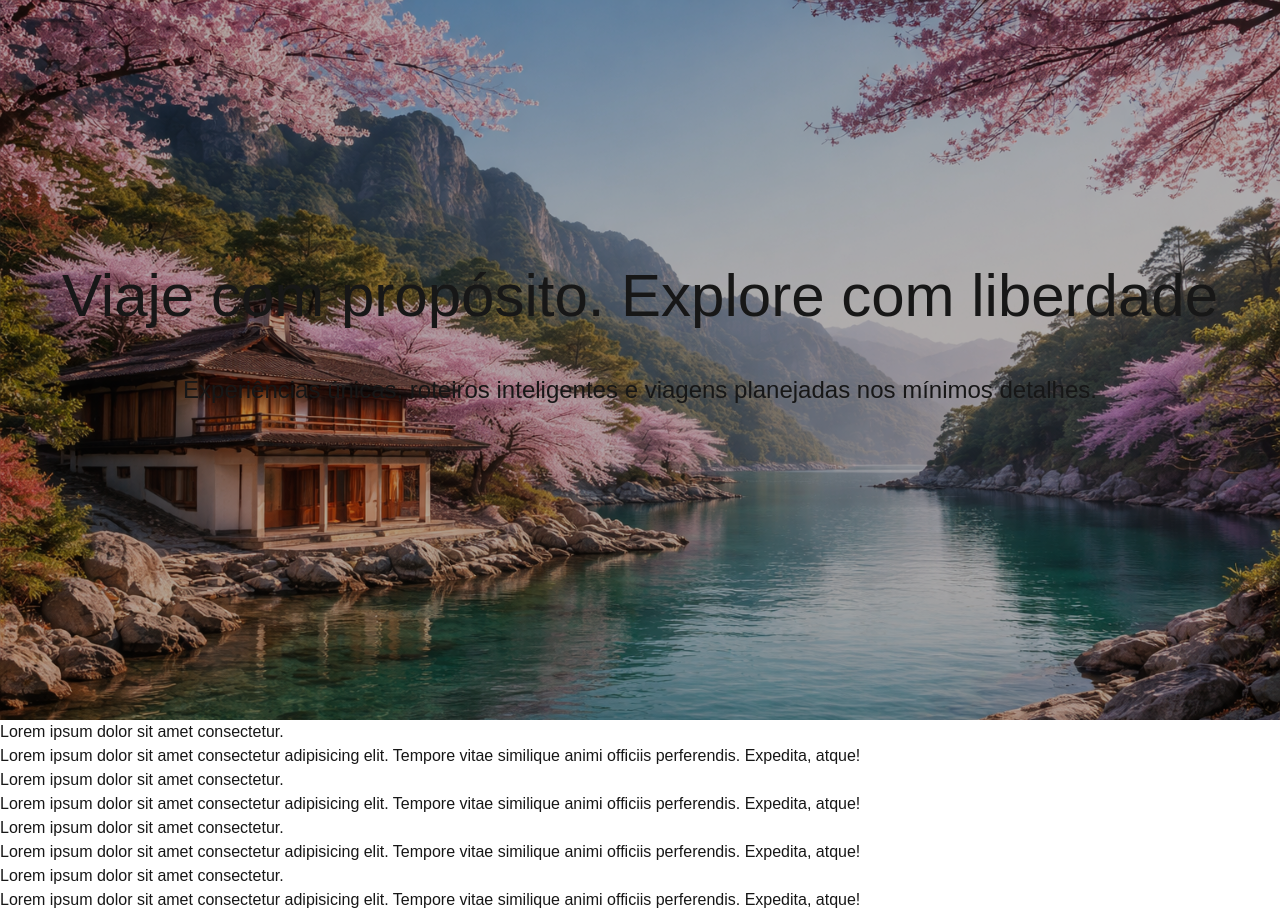
Repository: pedroantoniosi/tripicon-site
Page: /home
The author's editor kept a copy of each file at every save. The page is drawn from the files as they stood at one save, then again after the next save.
The browser window is 1280 px wide. The pictures show the whole page.
The project was rebuilt for these pictures with package versions that can differ from the ones it lists, and the page was loaded fresh each time. The framework's server and built-in components were replaced by stand-ins that run in the browser. Also part of the build but not shown: next.config.ts.

Above is the page before, as saved 2026-03-31 20:08:50.

### src/app/layout.tsx
import type { Metadata } from "next";
import { Geist, Geist_Mono } from "next/font/google";
import "./globals.css";

const geistSans = Geist({
  variable: "--font-geist-sans",
  subsets: ["latin"],
});

const geistMono = Geist_Mono({
  variable: "--font-geist-mono",
  subsets: ["latin"],
});

export const metadata: Metadata = {
  title: "Create Next App",
  description: "Generated by create next app",
};

export default function RootLayout({
  children,
}: Readonly<{
  children: React.ReactNode;
}>) {
  return (
    <html
      lang="en"
      className={`${geistSans.variable} ${geistMono.variable} h-full antialiased`}
    >
      <body className="min-h-full flex flex-col">{children}</body>
    </html>
  );
}

### src/app/home/page.tsx
import styles from "./page.module.css";

export default function Home() {
  return (
    <>
      <div className={styles.heroContainer}>
        <div className={`${styles.heroCaption} col gap-2`}>
          <h1 className="text-6xl text-center">
            {" "}
            Viaje com propósito. Explore com liberdade
          </h1>
          <p className="text-2xl text-center m-[3rem]">
            Experiências únicas, roteiros inteligentes e viagens planejadas nos
            mínimos detalhes.
          </p>
        </div>
      </div>
      <div>
        <div className="card">
          <img src="" alt="" />
          <div className="caption">
            <h2>Lorem ipsum dolor sit amet consectetur.</h2>
            <p>
              Lorem ipsum dolor sit amet consectetur adipisicing elit. Tempore
              vitae similique animi officiis perferendis. Expedita, atque!
            </p>
          </div>
        </div>
        <div className="card">
          <img src="" alt="" />
          <div className="caption">
            <h2>Lorem ipsum dolor sit amet consectetur.</h2>
            <p>
              Lorem ipsum dolor sit amet consectetur adipisicing elit. Tempore
              vitae similique animi officiis perferendis. Expedita, atque!
            </p>
          </div>
        </div>
        <div className="card">
          <img src="" alt="" />
          <div className="caption">
            <h2>Lorem ipsum dolor sit amet consectetur.</h2>
            <p>
              Lorem ipsum dolor sit amet consectetur adipisicing elit. Tempore
              vitae similique animi officiis perferendis. Expedita, atque!
            </p>
          </div>
        </div>
        <div className="card">
          <img src="" alt="" />
          <div className="caption">
            <h2>Lorem ipsum dolor sit amet consectetur.</h2>
            <p>
              Lorem ipsum dolor sit amet consectetur adipisicing elit. Tempore
              vitae similique animi officiis perferendis. Expedita, atque!
            </p>
          </div>
        </div>
      </div>
    </>
  );
}

### src/app/globals.css
@import "tailwindcss";
@tailwind base;
@tailwind components;
@tailwind utilities;

:root {
  --background: #ffffff;
  --foreground: #171717;
}

@media (prefers-color-scheme: dark) {
  :root {
    --background: #0a0a0a;
    --foreground: #ededed;
  }
}

body {
  background: var(--background);
  color: var(--foreground);
  font-family: Arial, Helvetica, sans-serif;
}

### src/app/home/page.module.css
.heroContainer {
    padding: 1rem;
    position: relative;
    display: grid;
    place-items: center;
    z-index: 1;
    min-height: 50svh;

    &::after {
        content: ' ';
        position: absolute;
        width: 100%;
        height: 100%;
        left: 0;
        bottom: 0;
        background-image: url('/images/banner.png');
        background-size: cover;
        z-index: -1;
        filter: brightness(70%);
    }

    & .heroTitle {
        max-width: 1024px;
        text-align: center;
    }
}


@media (min-width: 1024px) {
    .heroContainer {
        padding: 2rem;
        min-height: 100vh;
    }

    .heroContainer .heroTitle {
        max-width: 1200px;
    }
}

After the next save:
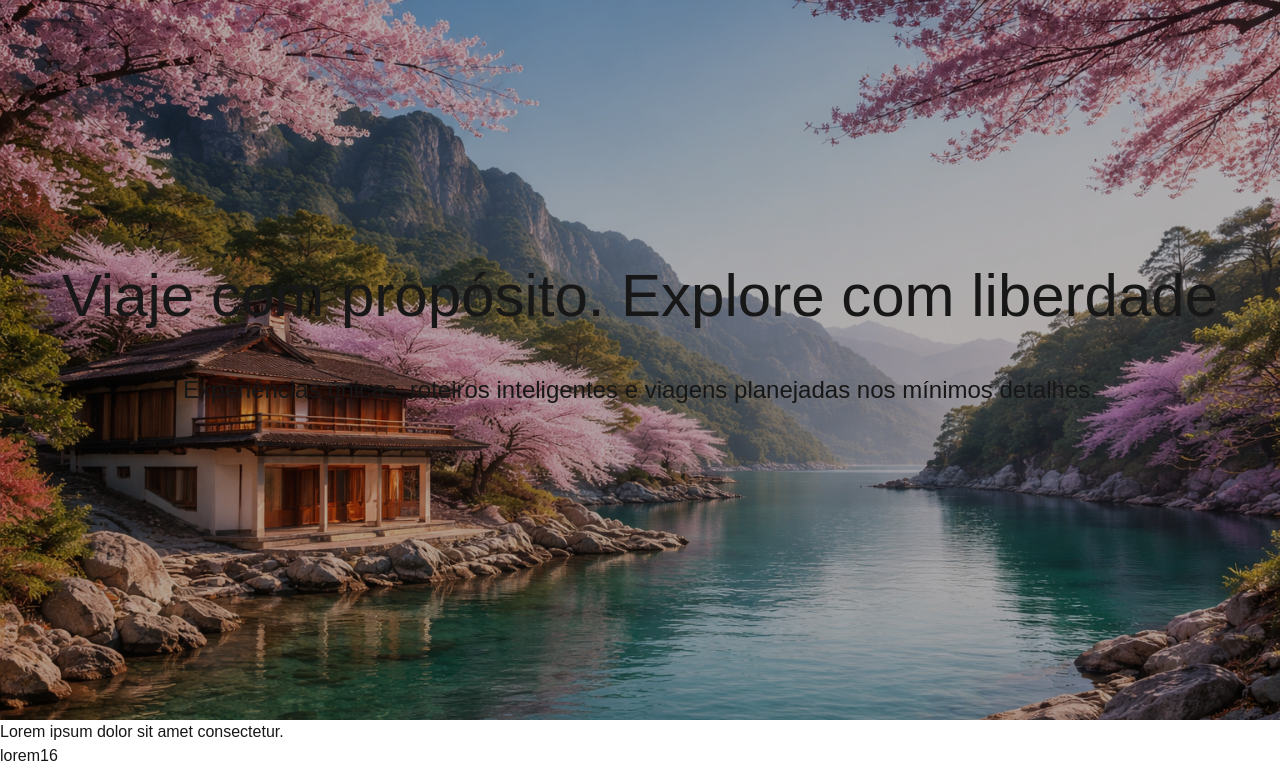
Saved 14 s later.
--- a/src/app/home/page.tsx
+++ b/src/app/home/page.tsx
@@ -20,40 +20,7 @@
           <img src="" alt="" />
           <div className="caption">
             <h2>Lorem ipsum dolor sit amet consectetur.</h2>
-            <p>
-              Lorem ipsum dolor sit amet consectetur adipisicing elit. Tempore
-              vitae similique animi officiis perferendis. Expedita, atque!
-            </p>
-          </div>
-        </div>
-        <div className="card">
-          <img src="" alt="" />
-          <div className="caption">
-            <h2>Lorem ipsum dolor sit amet consectetur.</h2>
-            <p>
-              Lorem ipsum dolor sit amet consectetur adipisicing elit. Tempore
-              vitae similique animi officiis perferendis. Expedita, atque!
-            </p>
-          </div>
-        </div>
-        <div className="card">
-          <img src="" alt="" />
-          <div className="caption">
-            <h2>Lorem ipsum dolor sit amet consectetur.</h2>
-            <p>
-              Lorem ipsum dolor sit amet consectetur adipisicing elit. Tempore
-              vitae similique animi officiis perferendis. Expedita, atque!
-            </p>
-          </div>
-        </div>
-        <div className="card">
-          <img src="" alt="" />
-          <div className="caption">
-            <h2>Lorem ipsum dolor sit amet consectetur.</h2>
-            <p>
-              Lorem ipsum dolor sit amet consectetur adipisicing elit. Tempore
-              vitae similique animi officiis perferendis. Expedita, atque!
-            </p>
+            <p>lorem16</p>
           </div>
         </div>
       </div>

After the save that followed:
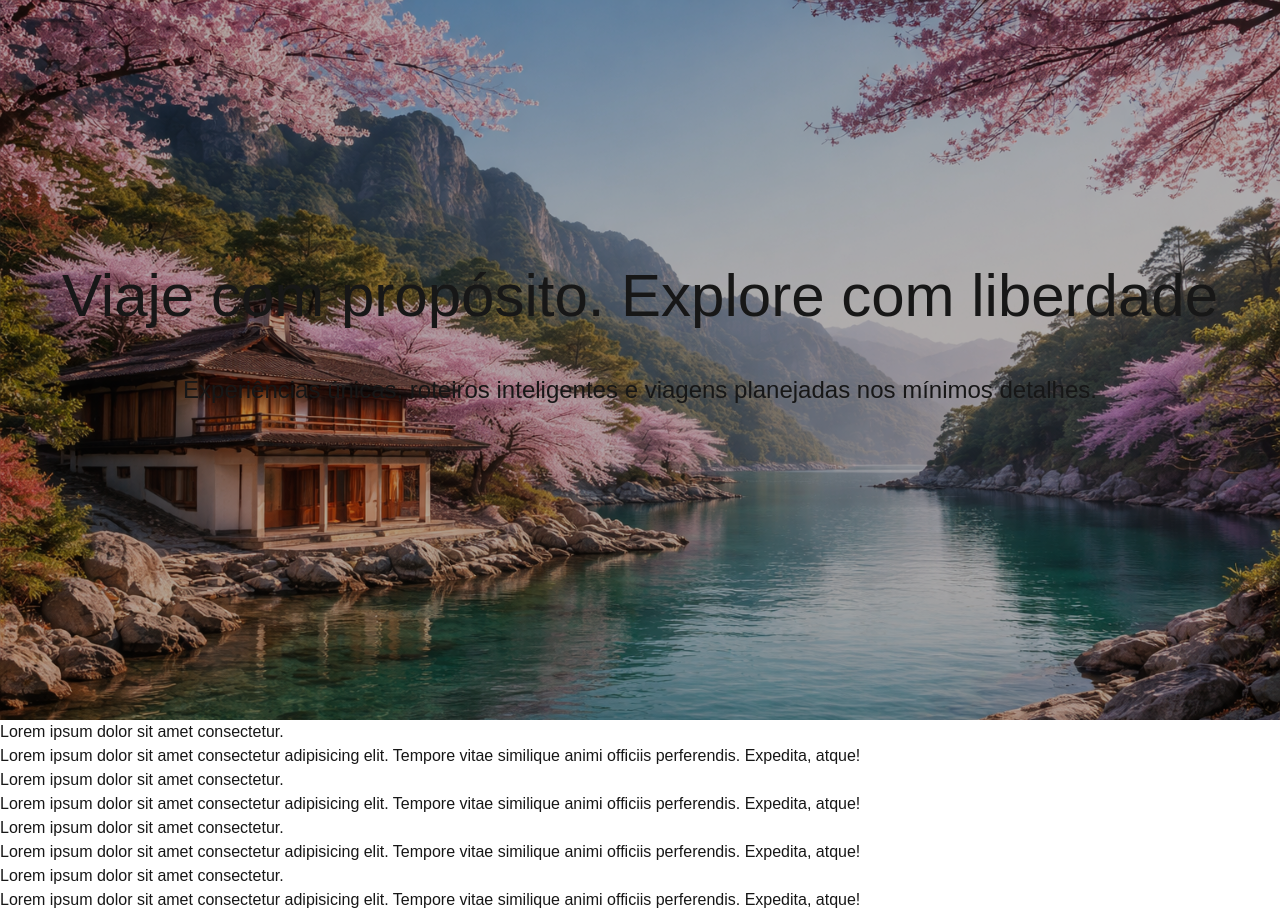
Saved 4 s later.
--- a/src/app/home/page.tsx
+++ b/src/app/home/page.tsx
@@ -20,7 +20,40 @@
           <img src="" alt="" />
           <div className="caption">
             <h2>Lorem ipsum dolor sit amet consectetur.</h2>
-            <p>lorem16</p>
+            <p>
+              Lorem ipsum dolor sit amet consectetur adipisicing elit. Tempore
+              vitae similique animi officiis perferendis. Expedita, atque!
+            </p>
+          </div>
+        </div>
+        <div className="card">
+          <img src="" alt="" />
+          <div className="caption">
+            <h2>Lorem ipsum dolor sit amet consectetur.</h2>
+            <p>
+              Lorem ipsum dolor sit amet consectetur adipisicing elit. Tempore
+              vitae similique animi officiis perferendis. Expedita, atque!
+            </p>
+          </div>
+        </div>
+        <div className="card">
+          <img src="" alt="" />
+          <div className="caption">
+            <h2>Lorem ipsum dolor sit amet consectetur.</h2>
+            <p>
+              Lorem ipsum dolor sit amet consectetur adipisicing elit. Tempore
+              vitae similique animi officiis perferendis. Expedita, atque!
+            </p>
+          </div>
+        </div>
+        <div className="card">
+          <img src="" alt="" />
+          <div className="caption">
+            <h2>Lorem ipsum dolor sit amet consectetur.</h2>
+            <p>
+              Lorem ipsum dolor sit amet consectetur adipisicing elit. Tempore
+              vitae similique animi officiis perferendis. Expedita, atque!
+            </p>
           </div>
         </div>
       </div>
